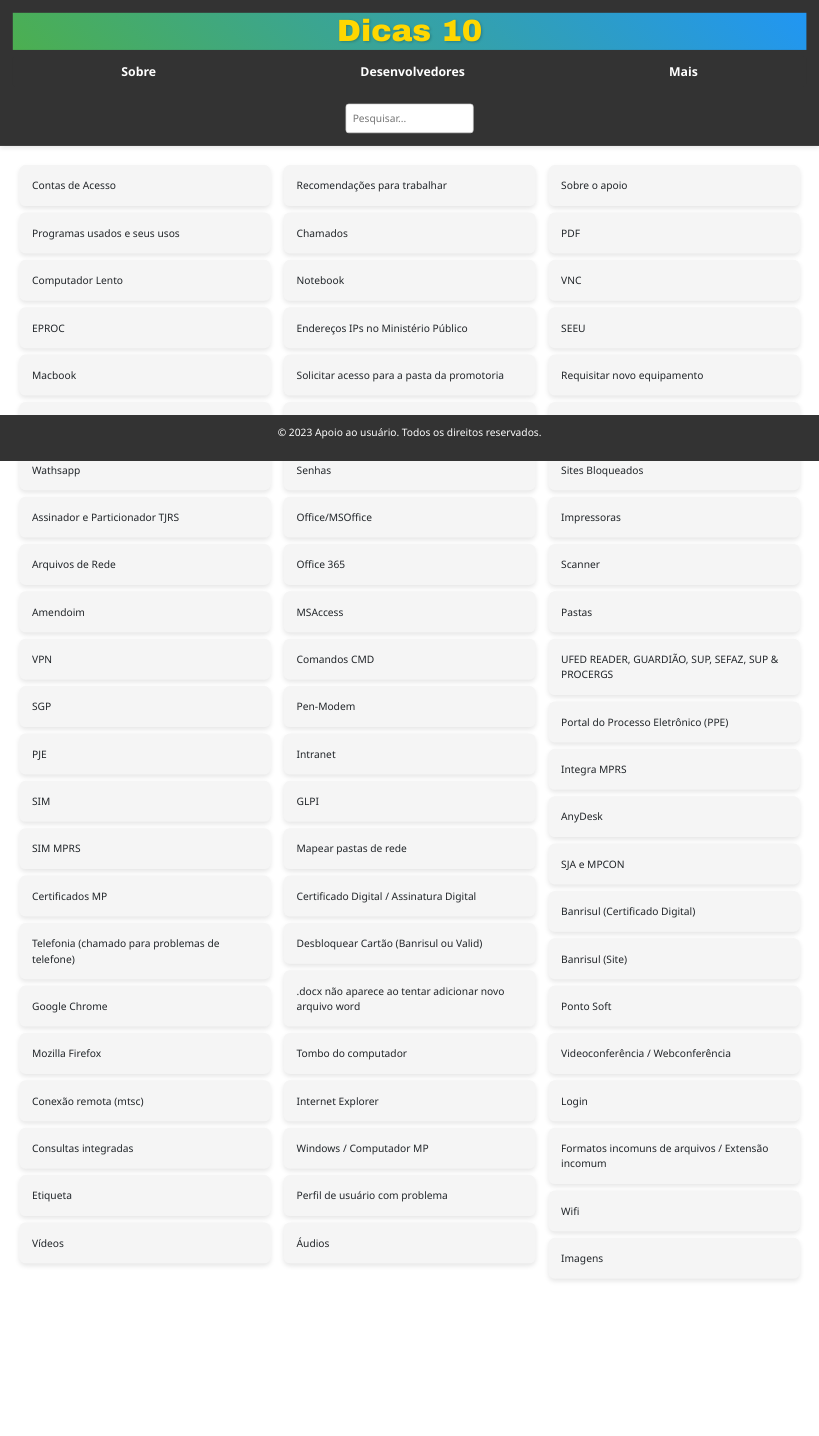
Repository: I4guito/dicasdez
Page: Dicas site/index.html
An editor plug-in stored every save of this project. The page is shown before and after the next save, followed by the edit.
The browser window is 1280 px wide. The pictures show the whole page, at 64% of full size.

Above is the page before, as saved 2023-12-11 12:16:15.

### Dicas site/index.html
<!DOCTYPE html>
<html lang="en">
<head>
    <meta charset="UTF-8">
    <meta name="viewport" content="width=device-width, initial-scale=1, shrink-to-fit=no">
    <link rel="stylesheet" href="https://stackpath.bootstrapcdn.com/bootstrap/4.3.1/css/bootstrap.min.css">
    <script src="https://code.jquery.com/jquery-3.3.1.slim.min.js"></script>
    <script src="https://stackpath.bootstrapcdn.com/bootstrap/4.3.1/js/bootstrap.min.js"></script>
    <link rel="stylesheet" href="styles.css">
    <script src="script.js"></script>

    <title>Dicas 10</title>
</head>
<body>
    <header>
        <h1>Dicas 10</h1>
        <nav>
            <ul>
                <li><a href="/Dicas site/Sobre/sobre.html">Sobre </a></li>
                <li><a href="/Dicas site/Desenvolvedores/desen.html">Desenvolvedores</a></li>
                <li><a href="/Dicas site/Mais/Mais.html">Mais</a></li>
            </ul>
        </nav>
        <input type="text" id="searchBar" placeholder="Pesquisar..." oninput="filterItems()">
    </header>

    <main>
        <div class="column" id="column1">
            <div class="box" onclick="openPage('/Dicas site/Dicas/contasacesso')">Contas de Acesso</div>
            <div class="box" onclick="openPage('/Dicas site/programas/programas')">Programas usados e seus usos</div>
            <div class="box" onclick="openPage('Dicas/pclento')">Computador Lento</div>
            <div class="box" onclick="openPage('Dicas/eproc')">EPROC</div>
            <div class="box" onclick="openPage('Dicas/macbook')">Macbook</div>
            <div class="box" onclick="openPage('Dicas/dns')">DNS</div>
            <div class="box" onclick="openPage('Dicas/waths')">Wathsapp</div>
            <div class="box" onclick="openPage('Dicas/tjrsap')">Assinador e Particionador TJRS</div>
            <div class="box" onclick="openPage('Dicas/arquivosderede')">Arquivos de Rede</div>
            <div class="box" onclick="openPage('Dicas/amendoim')">Amendoim</div>
            <div class="box" onclick="openPage('Dicas/vpn')">VPN</div>
            <div class="box" onclick="openPage('Dicas/SGP')">SGP</div>
            <div class="box" onclick="openPage('Dicas/PJE')">PJE</div>
            <div class="box" onclick="openPage('Dicas/SIM')">SIM</div>
            <div class="box" onclick="openPage('Dicas/SIMMPRS')">SIM MPRS</div>
            <div class="box" onclick="openPage('Dicas/certmp')">Certificados MP</div>
            <div class="box" onclick="openPage('Dicas/telefonia')">Telefonia (chamado para problemas de telefone)</div>
            <div class="box" onclick="openPage('Dicas/chrome')">Google Chrome</div>
            <div class="box" onclick="openPage('Dicas/mozilla')">Mozilla Firefox</div>
            <div class="box" onclick="openPage('Dicas/mtsc')">Conexão remota (mtsc)</div>
            <div class="box" onclick="openPage('Dicas/consultasi')">Consultas integradas</div>
            <div class="box" onclick="openPage('Dicas/etiqueta')">Etiqueta</div>
            <div class="box" onclick="openPage('Dicas/sobrevideos')">Vídeos</div>
        </div>

        <div class="column" id="column2">
            <div class="box" onclick="openPage('Dicas/recomenda')">Recomendações para trabalhar</div>
            <div class="box" onclick="openPage('Dicas/chamado')">Chamados</div>
            <div class="box" onclick="openPage('Dicas/notebook')">Notebook</div>
            <div class="box" onclick="openPage('Dicas/ips')">Endereços IPs no Ministério Público</div>
            <div class="box" onclick="openPage('Dicas/pastapro')">Solicitar acesso para a pasta da promotoria</div>
            <div class="box" onclick="openPage('Dicas/pendrive')">Pendrive</div>
            <div class="box" onclick="openPage('Dicas/senhas')">Senhas</div>
            <div class="box" onclick="openPage('Dicas/msoffice')">Office/MSOffice</div>
            <div class="box" onclick="openPage('Dicas/365')">Office 365</div>
            <div class="box" onclick="openPage('Dicas/access')">MSAccess</div>
            <div class="box" onclick="openPage('Dicas/cmd')">Comandos CMD</div>
            <div class="box" onclick="openPage('Dicas/penmodem')">Pen-Modem</div>
            <div class="box" onclick="openPage('Dicas/Intranet')">Intranet</div>
            <div class="box" onclick="openPage('Dicas/GLPI')">GLPI</div>
            <div class="box" onclick="openPage('Dicas/maprede')">Mapear pastas de rede</div>
            <div class="box" onclick="openPage('Dicas/certificadoeassinatura')">Certificado Digital / Assinatura Digital</div>
            <div class="box" onclick="openPage('Dicas/banvalid')">Desbloquear Cartão (Banrisul ou Valid) </div>
            <div class="box" onclick="openPage('Dicas/docxn')">.docx não aparece ao tentar adicionar novo arquivo word</div>
            <div class="box" onclick="openPage('Dicas/tombo')">Tombo do computador</div>
            <div class="box" onclick="openPage('Dicas/explorer')">Internet Explorer</div>
            <div class="box" onclick="openPage('Dicas/windows compmp')">Windows / Computador MP</div>
            <div class="box" onclick="openPage('Dicas/perfilproblema')">Perfil de usuário com problema</div>
            <div class="box" onclick="openPage('Dicas/sobreaudios')">Áudios</div>
        </div>

        <div class="column" id="column3">
            <div class="box" onclick="openPage('Dicas/sapoio')">Sobre o apoio</div>
            <div class="box" onclick="openPage('Dicas/pdf')">PDF</div>
            <div class="box" onclick="openPage('Dicas/vnc')">VNC</div>
            <div class="box" onclick="openPage('Dicas/seeu')">SEEU</div>
            <div class="box" onclick="openPage('Dicas/requisiçãoequip')">Requisitar novo equipamento</div>
            <div class="box" onclick="openPage('Dicas/leitorcartao')">Leitor de Cartão</div>
            <div class="box" onclick="openPage('Dicas/cgasite')">Sites Bloqueados</div>
            <div class="box" onclick="openPage('Dicas/impressoras')">Impressoras</div>
            <div class="box" onclick="openPage('Dicas/scanner')">Scanner</div>
            <div class="box" onclick="openPage('Dicas/pasta')">Pastas</div>
            <div class="box" onclick="openPage('Dicas/alguns sistemas')">UFED READER, GUARDIÃO, SUP, SEFAZ, SUP & PROCERGS</div>
            <div class="box" onclick="openPage('Dicas/PPE')">Portal do Processo Eletrônico (PPE)</div>
            <div class="box" onclick="openPage('Dicas/integra')">Integra MPRS</div>
            <div class="box" onclick="openPage('Dicas/anydesk')">AnyDesk</div>
            <div class="box" onclick="openPage('Dicas/sja')">SJA e MPCON</div>
            <div class="box" onclick="openPage('Dicas/banricert')">Banrisul (Certificado Digital)</div>
            <div class="box" onclick="openPage('Dicas/banrisite')">Banrisul (Site)</div>
            <div class="box" onclick="openPage('Dicas/pontosoft')">Ponto Soft</div>
            <div class="box" onclick="openPage('Dicas/videoconfe')">Videoconferência / Webconferência</div>
            <div class="box" onclick="openPage('Dicas/loginmp')">Login</div>
            <div class="box" onclick="openPage('Dicas/formatosinc')">Formatos incomuns de arquivos / Extensão incomum</div>
            <div class="box" onclick="openPage('Dicas/wifi')">Wifi</div>
            <div class="box" onclick="openPage('Dicas/sobreimagens')">Imagens</div>
        </div>
    </main><br><br><br><br><br><br><br><br><br>


    <footer>
        <p>&copy; 2023 Apoio ao usuário. Todos os direitos reservados.</p>
    </footer>

</body>
</html>

### Dicas site/styles.css
body {
    font-family: 'Segoe UI', Tahoma, Geneva, Verdana, sans-serif;
    margin: 0;
    padding: 0;

}

header {
    background-color: #333;
    color: #fff;
    text-align: center;
    padding: 20px;
    box-shadow: 0 4px 8px rgba(0, 0, 0, 0.1);
}

header h1{
    margin: 0;
    font-size: 3em;
    color: #ffd700; /* Cor amarela */
    text-shadow: 2px 2px 4px rgba(0, 0, 0, 0.2);

    font-family: 'Arial Black', sans-serif;
    background: linear-gradient(45deg, #4CAF50, #2196F3);
    -webkit-background-clip:: text;
}

nav ul {
    list-style-type: none;
    padding: 0;
    display: flex;
    justify-content: space-around;
    margin-top: 10px;
    background-color: #333;
    padding: 10px;
    border-radius: 5px;
}

nav a {
    text-decoration: none;
    color: #fff;
    font-weight: bold;
    font-size: 1.2em;
    transition: color 0.3s ease-in-out;
}

nav a:hover {
    color: #ffd700;
}

input[type="text"] {
    padding: 10px;
    margin-top: 10px;
    width: 200px;
    border: 1px solid #ccc;
    border-radius: 5px;
}

main {
    display: flex;
    justify-content: space-around;
    padding: 20px;
}

.column {
    flex: 1;
}


.box {
    background-color: #f5f5f5;
    padding: 20px;
    margin: 10px;
    cursor: pointer;
    border-radius: 10px;
    box-shadow: 0 4px 8px rgba(0, 0, 0, 0.1);
    transition: background-color 0.3s ease-in-out;
}

.box:hover {
    background-color: #ddd;
}

footer {
    background-color: #333;
    color: #fff;
    text-align: center;
    padding: 1em;
    position: fixed;
    bottom: 0;
    width: 100%;
}

### Dicas site/script.js
function filterItems() {
    var searchBar = document.getElementById('searchBar');
    var filter = searchBar.value.toUpperCase();

    var columns = document.getElementsByClassName('column');
    for (var i = 0; i < columns.length; i++) {
        var boxes = columns[i].getElementsByClassName('box');
        for (var j = 0; j < boxes.length; j++) {
            var item = boxes[j];
            var textValue = item.textContent || item.innerText;
            if (textValue.toUpperCase().indexOf(filter) > -1) {
                item.style.display = "";
            } else {
                item.style.display = "none";
            }
        }
    }
}

function openPage(pageName) {
    window.location.href = pageName + '.html';
}

const isOpera = navigator.userAgent.indexOf("OPR") > -1;

if (isOpera) {
    document.addEventListener("DOMContentLoaded", function () {
        const containers = document.querySelectorAll(".container");
        containers.forEach(function (container) {
            container.style.backgroundColor = "#005c4b";
            container.style.color = "#333";
        });
    });
}

After the next save:
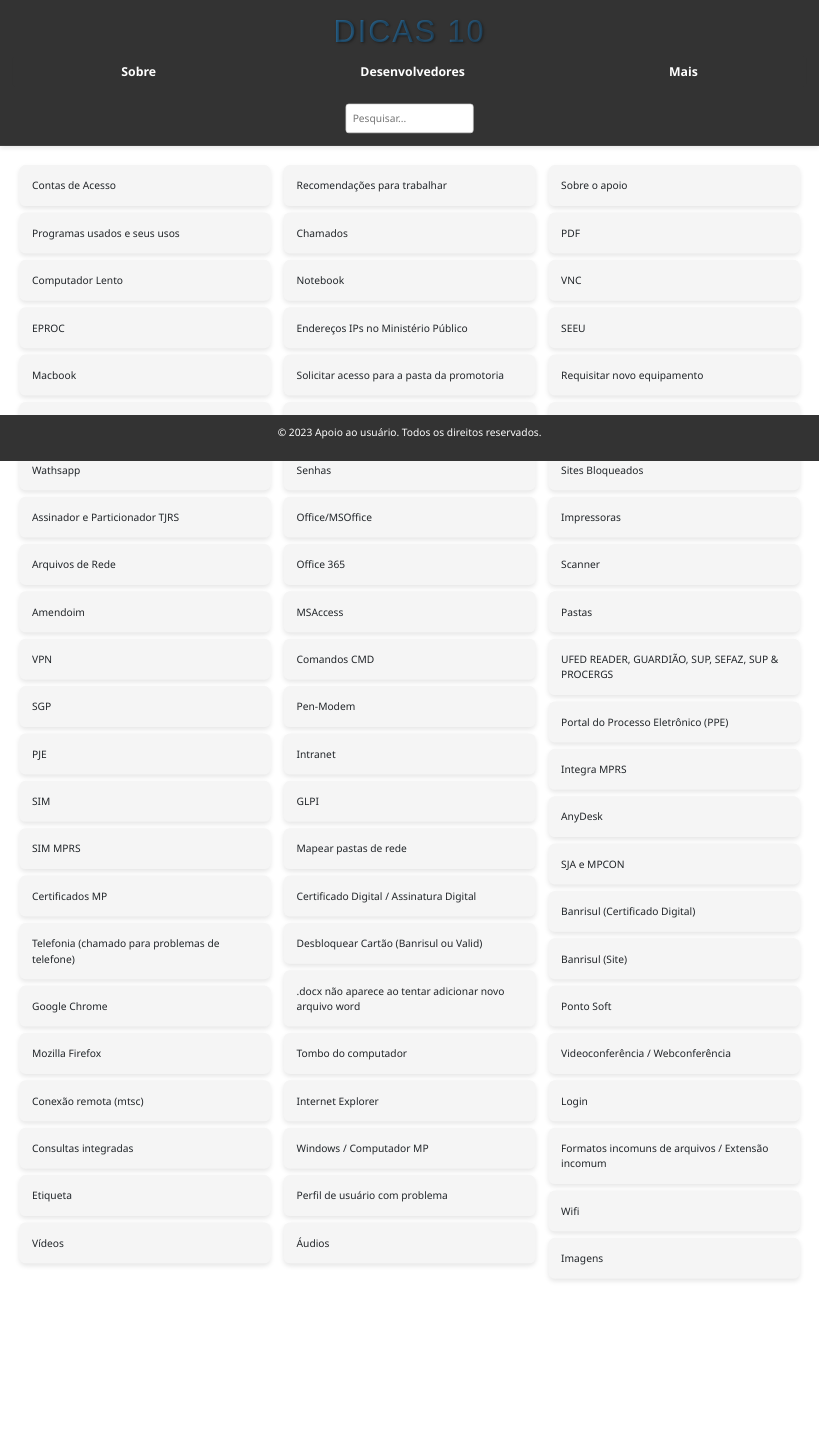
Saved 66 s later.
--- a/Dicas site/styles.css
+++ b/Dicas site/styles.css
@@ -16,12 +16,15 @@ header {
 header h1{
     margin: 0;
     font-size: 3em;
-    color: #ffd700; /* Cor amarela */
-    text-shadow: 2px 2px 4px rgba(0, 0, 0, 0.2);
-
-    font-family: 'Arial Black', sans-serif;
-    background: linear-gradient(45deg, #4CAF50, #2196F3);
-    -webkit-background-clip:: text;
+    font-family: 'Quicksand', sans-serif; /* Fonte personalizada do Google Fonts */
+    color: #fff;
+    text-transform: uppercase; /* Transforma o texto para maiúsculas */
+    letter-spacing: 3px; /* Espaçamento entre letras */
+    background: linear-gradient(135deg, #2980b9, #2c3e50); /* Gradiente azul-escuro */
+    -webkit-background-clip: text;
+    color: transparent;
+    text-shadow: 2px 2px 4px rgba(0, 0, 0, 0.4); /* Sombra do texto */
+    animation: glow 2s infinite alternate; /* Animação de brilho */
 }
 
 nav ul {
